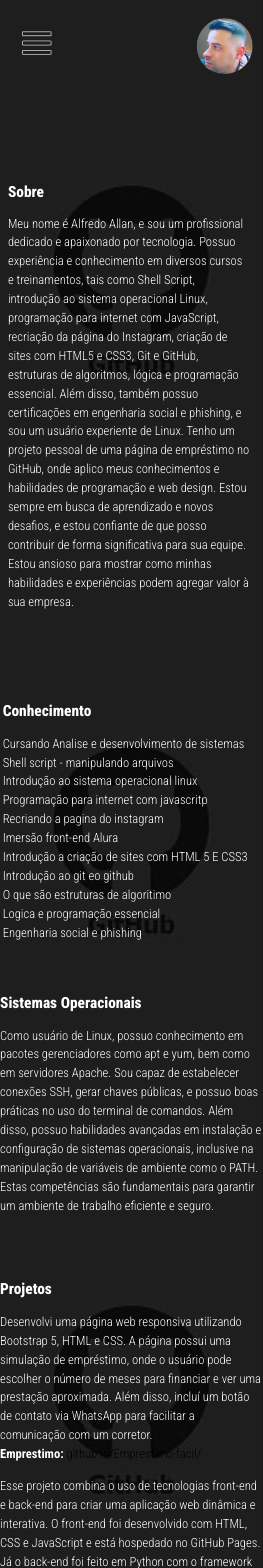
Repository: alfredo-allan/Portfolio
Page: index.html
An editor plug-in stored every save of this project. The page is shown before and after the next save, followed by the edit.
The browser window is 375 px wide. The pictures show the part of the page from y = 0 to 2240 px (the page is 4294 px tall before and 4406 px after), at 70% of full size.
Backgrounds fixed to the window are drawn as part of the page.

Above is the page before, as saved 2024-05-30 19:52:02.

After the next save:
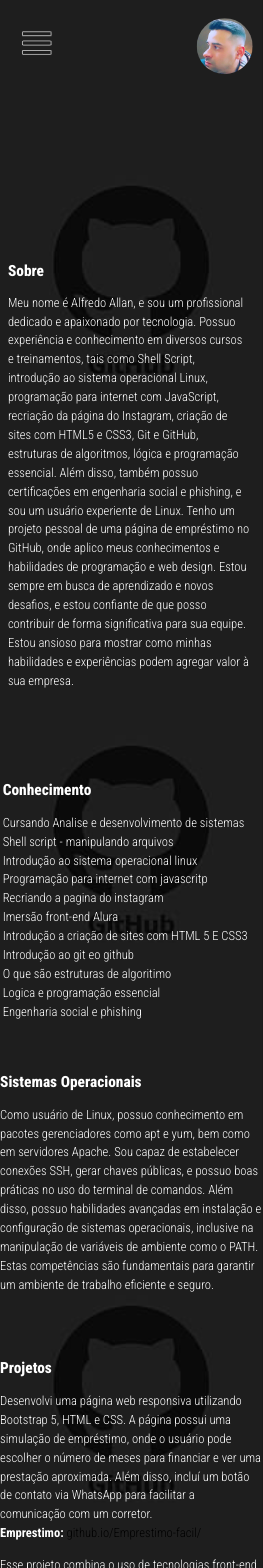
Saved 67 s later.
--- a/src/assets/styles/home.css
+++ b/src/assets/styles/home.css
@@ -81,7 +81,7 @@ body {
 @media only screen and (min-width: 310px) and (max-width: 450px) {
   #Sobre {
     margin-left: -1%;
-    margin-top: 35%;
+    margin-top: 65%;
     h2 {
       color: white;
       font-size: 22px;
